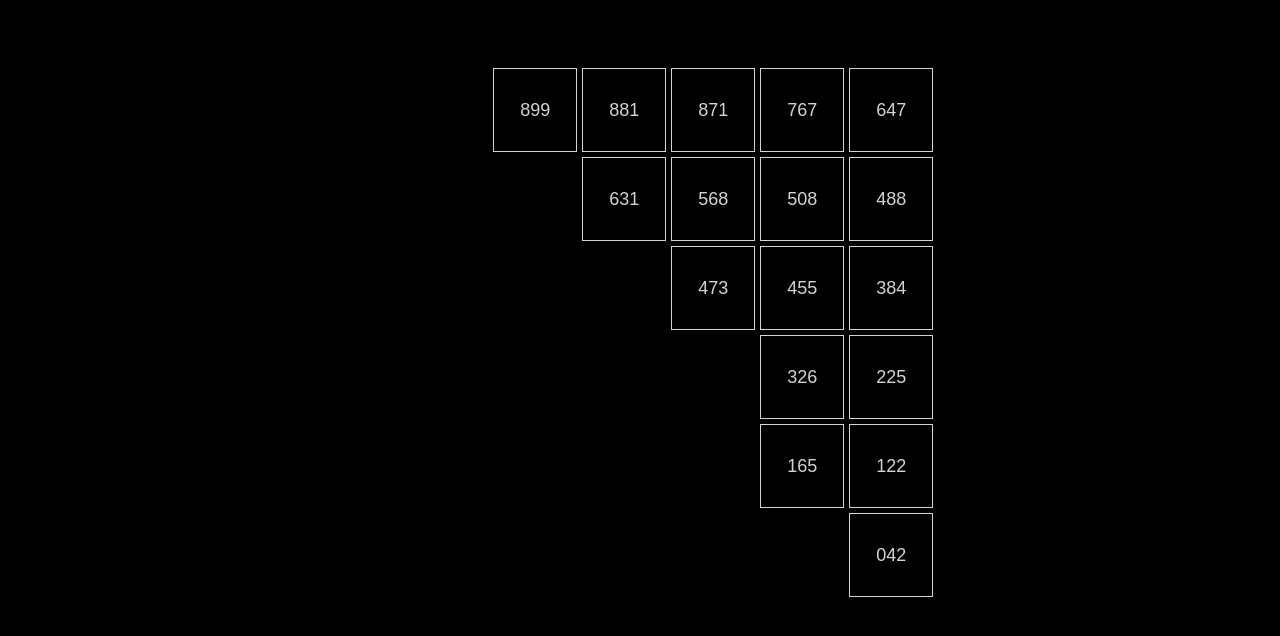
Repository: parkh899/parkh899.github.io
Page: lab/archive/archive.html
The author's editor kept a record of every edit. The page is drawn from the files as they stood at one moment, then again after the next edit.
The browser window is 1280 px wide. The pictures show the whole page.

Above is the page before.

After the next edit:
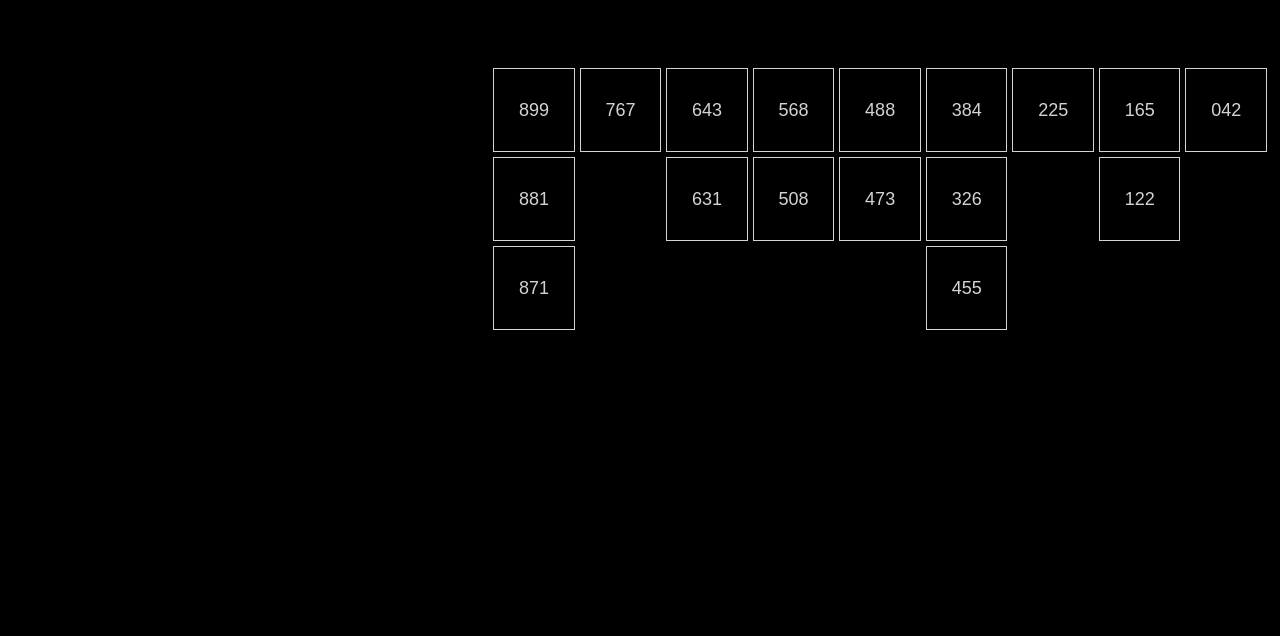
The edit:
--- a/lab/archive/archive.html
+++ b/lab/archive/archive.html
@@ -77,7 +77,7 @@
 	[0,0,0,42]
   ];
 
-  var pattern = [
+  var pattern2 = [
 	[899,881,871,767,647],
 	[0,631,568,508,488],
 	[0,0,473,455,384],
